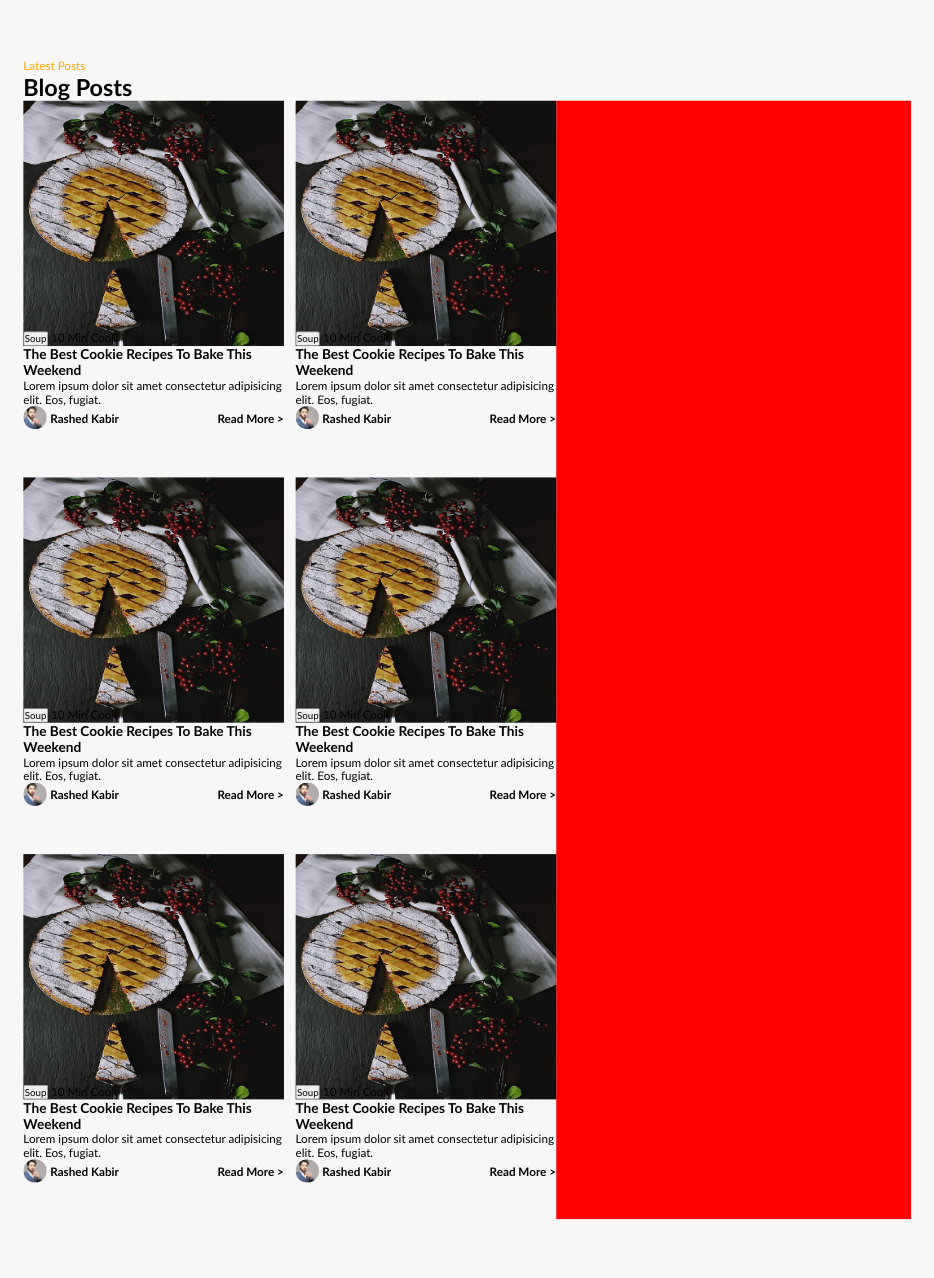
Repository: ngoctinvo/diner_project_cybersoft
Page: html/blog.html
An editor plug-in stored every save of this project. The page is shown before and after the next save, followed by the edit.
The browser window is 1280 px wide. The pictures show the whole page, at 73% of full size.
The style sheet was rebuilt from its Sass, Less or Tailwind sources for each picture, by a compiler version that may differ from the author's.

Above is the page before, as saved 2022-04-19 10:19:14.

### html/blog.html
<!DOCTYPE html>
<html lang="en">

<head>
    <meta charset="UTF-8">
    <meta http-equiv="X-UA-Compatible" content="IE=edge">
    <meta name="viewport" content="width=device-width, initial-scale=1.0">
    <title>Document</title>
    <link rel="stylesheet" href="../css/blog.css">
</head>

<body>
    <header></header>
    <section class="blog">
        <div class="container">
            <div class="title">
                <p>Latest Posts</p>
                <h1>Blog Posts</h1>
            </div>
            <div class="row">
                <div class="left-posts">
                    <div class="list">
                        <div class="item">
                            <div class="img">
                                <img src="../img/blog/g4.jpg" alt="">
                                <div class="info-img">
                                    <button>Soup</button>
                                    <span><i class="fa fa-clock"></i> 10 Min Cook</span>
                                </div>

                            </div>
                            <div class="content">
                                <h3>The Best Cookie Recipes To Bake This Weekend</h3>
                                <p>Lorem ipsum dolor sit amet consectetur adipisicing elit. Eos, fugiat.</p>
                            </div>
                            <div class="author">
                                <div class="author-info">
                                    <a href="#">
                                        <img src="../img/blog/team1.jpg" alt="">
                                        <span>Rashed Kabir</span>
                                    </a>
                                </div>

                                <a href="#">Read More ></a>
                            </div>
                        </div>
                        <div class="item">
                            <div class="img">
                                <img src="../img/blog/g4.jpg" alt="">
                                <div class="info-img">
                                    <button>Soup</button>
                                    <span><i class="fa fa-clock"></i> 10 Min Cook</span>
                                </div>

                            </div>
                            <div class="content">
                                <h3>The Best Cookie Recipes To Bake This Weekend</h3>
                                <p>Lorem ipsum dolor sit amet consectetur adipisicing elit. Eos, fugiat.</p>
                            </div>
                            <div class="author">
                                <div class="author-info">
                                    <a href="#">
                                        <img src="../img/blog/team1.jpg" alt="">
                                        <span>Rashed Kabir</span>
                                    </a>
                                </div>

                                <a href="#">Read More ></a>
                            </div>
                        </div>
                        <div class="item">
                            <div class="img">
                                <img src="../img/blog/g4.jpg" alt="">
                                <div class="info-img">
                                    <button>Soup</button>
                                    <span><i class="fa fa-clock"></i> 10 Min Cook</span>
                                </div>

                            </div>
                            <div class="content">
                                <h3>The Best Cookie Recipes To Bake This Weekend</h3>
                                <p>Lorem ipsum dolor sit amet consectetur adipisicing elit. Eos, fugiat.</p>
                            </div>
                            <div class="author">
                                <div class="author-info">
                                    <a href="#">
                                        <img src="../img/blog/team1.jpg" alt="">
                                        <span>Rashed Kabir</span>
                                    </a>
                                </div>

                                <a href="#">Read More ></a>
                            </div>
                        </div>
                        <div class="item">
                            <div class="img">
                                <img src="../img/blog/g4.jpg" alt="">
                                <div class="info-img">
                                    <button>Soup</button>
                                    <span><i class="fa fa-clock"></i> 10 Min Cook</span>
                                </div>

                            </div>
                            <div class="content">
                                <h3>The Best Cookie Recipes To Bake This Weekend</h3>
                                <p>Lorem ipsum dolor sit amet consectetur adipisicing elit. Eos, fugiat.</p>
                            </div>
                            <div class="author">
                                <div class="author-info">
                                    <a href="#">
                                        <img src="../img/blog/team1.jpg" alt="">
                                        <span>Rashed Kabir</span>
                                    </a>
                                </div>

                                <a href="#">Read More ></a>
                            </div>
                        </div>
                        <div class="item">
                            <div class="img">
                                <img src="../img/blog/g4.jpg" alt="">
                                <div class="info-img">
                                    <button>Soup</button>
                                    <span><i class="fa fa-clock"></i> 10 Min Cook</span>
                                </div>

                            </div>
                            <div class="content">
                                <h3>The Best Cookie Recipes To Bake This Weekend</h3>
                                <p>Lorem ipsum dolor sit amet consectetur adipisicing elit. Eos, fugiat.</p>
                            </div>
                            <div class="author">
                                <div class="author-info">
                                    <a href="#">
                                        <img src="../img/blog/team1.jpg" alt="">
                                        <span>Rashed Kabir</span>
                                    </a>
                                </div>

                                <a href="#">Read More ></a>
                            </div>
                        </div>
                        <div class="item">
                            <div class="img">
                                <img src="../img/blog/g4.jpg" alt="">
                                <div class="info-img">
                                    <button>Soup</button>
                                    <span><i class="fa fa-clock"></i> 10 Min Cook</span>
                                </div>

                            </div>
                            <div class="content">
                                <h3>The Best Cookie Recipes To Bake This Weekend</h3>
                                <p>Lorem ipsum dolor sit amet consectetur adipisicing elit. Eos, fugiat.</p>
                            </div>
                            <div class="author">
                                <div class="author-info">
                                    <a href="#">
                                        <img src="../img/blog/team1.jpg" alt="">
                                        <span>Rashed Kabir</span>
                                    </a>
                                </div>

                                <a href="#">Read More ></a>
                            </div>
                        </div>
                    </div>
                    <div class="control-btn"></div>
                </div>
                <div class="right-posts">
                    <!-- <div class="right-container">
                        <div class="item latest-recipes">
                            <h2>Lastest recipes</h2>
                            <div class="list">
                                <div class="item">
                                    <img src="../img/blog/banner1.jpg">
                                    <span>How to make capuccino</span>
                                </div>
                                <div class="item">
                                    <img src="../img/blog/banner1.jpg">
                                    <span>How to make capuccino</span>
                                </div>
                                <div class="item">
                                    <img src="../img/blog/banner1.jpg">
                                    <span>How to make capuccino</span>
                                </div>
                                <div class="item">
                                    <img src="../img/blog/banner1.jpg">
                                    <span>How to make capuccino</span>
                                </div>
                            </div>
                        </div>
                        <div class="item trending-posts">
                            <h3>Trending posts</h3>
                            <div class="list">
                                <div class="item">
                                    <img src="../img/blog/g3.jpg" alt="">
                                    <div class="info">
                                        <p>12 Curry Recipes You’ll Ever Need</p>
                                        <span>Feb 4, 2021</span>
                                    </div>
                                </div>
                            </div>
                        </div>
                        <div class="item categories">
                            <h3>Categories</h3>
                            <ul>
                                <li>
                                    <a href="#">Desserts</a>
                                </li>
                                <li>
                                    <a href="#">Cakes and Biscuits</a>
                                </li>
                                <li>
                                    <a href="#">Food recipes</a>
                                </li>

                            </ul>
                        </div>
                        <div class="item advertisement">
                            <h3>Advertisement</h3>
                            <img src="../img/blog/g1.jpg" alt="">
                        </div>
                    </div> -->



                </div>
            </div>
        </div>
        </div>
    </section>
    <footer></footer>
</body>

</html>

### sass/blog.scss
* {
    margin: 0;
    padding: 0;
    box-sizing: border-box;
    font-family: 'Gill Sans', 'Gill Sans MT', Calibri, 'Trebuchet MS', sans-serif;
}

.blog {
    color: black;
    .container {
        width: 100%;
        background-color: #f7f7f7;
        padding: 5rem 2rem;
        .title {
            p {
                color: orange;
                font-size: 1rem;
            }
            h1 {
                font-size: 2rem;
            }
        }
        .row {
            display: flex;
            flex-direction: row;
            .left-posts {
                width: 60%;
                .list {
                    display: grid;
                    grid-template-columns: 1fr 1fr;
                    grid-template-rows: repeat(3, 500px);
                    gap: 1rem;
                    .item {
                        margin-bottom: 5rem;
                        .img {
                            position: relative;
                            height: 80%;
                            width: 100%;
                            img {
                                width: 100%;
                                height: 100%;
                            }
                            .info-img {
                                position: absolute;
                                width: 100%;
                                bottom: 0;
                                left: 0;
                            }
                        }
                        .author {
                            display: flex;
                            flex-direction: row;
                            justify-content: space-between;
                            align-items: center;
                            a {
                                display: flex;
                                flex-direction: row;
                                align-items: center;
                            }
                            .author-info {
                                margin-right: 1rem;
                                img {
                                    width: 2rem;
                                    border-radius: 50%;
                                    margin-right: 0.3rem;
                                }
                            }
                            a {
                                text-decoration: none;
                                color: black;
                                font-size: 1rem;
                                font-weight: 600;
                            }
                        }
                    }
                }
            }
            .right-posts {
                width: 40%;
                background-color: red;
            }
        }
    }
}

After the next save:
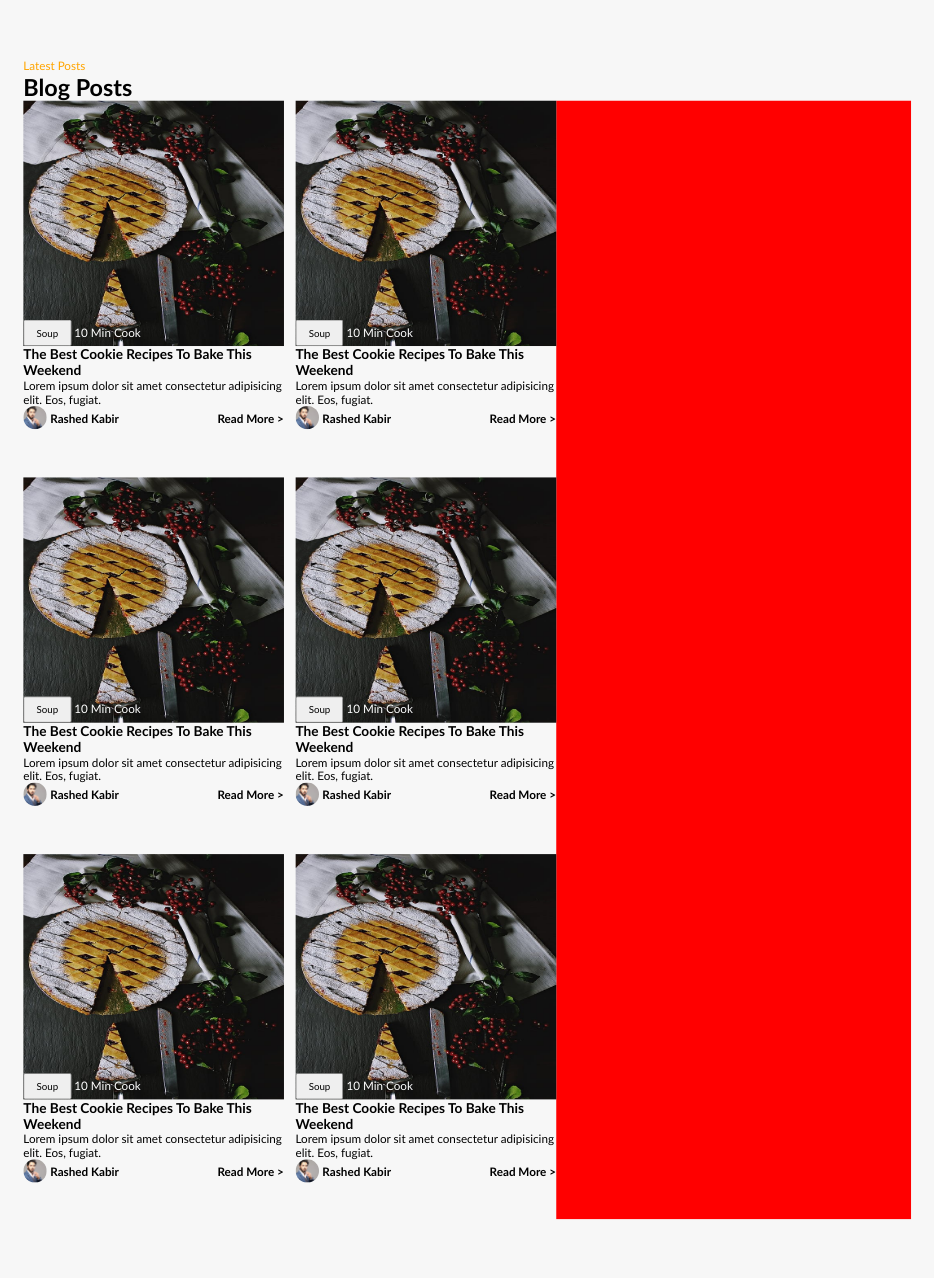
Saved 45 s later.
--- a/sass/blog.scss
+++ b/sass/blog.scss
@@ -45,6 +45,10 @@
                                 width: 100%;
                                 bottom: 0;
                                 left: 0;
+                                color: white;
+                                button {
+                                    padding: 0.5rem 1rem;
+                                }
                             }
                         }
                         .author {
